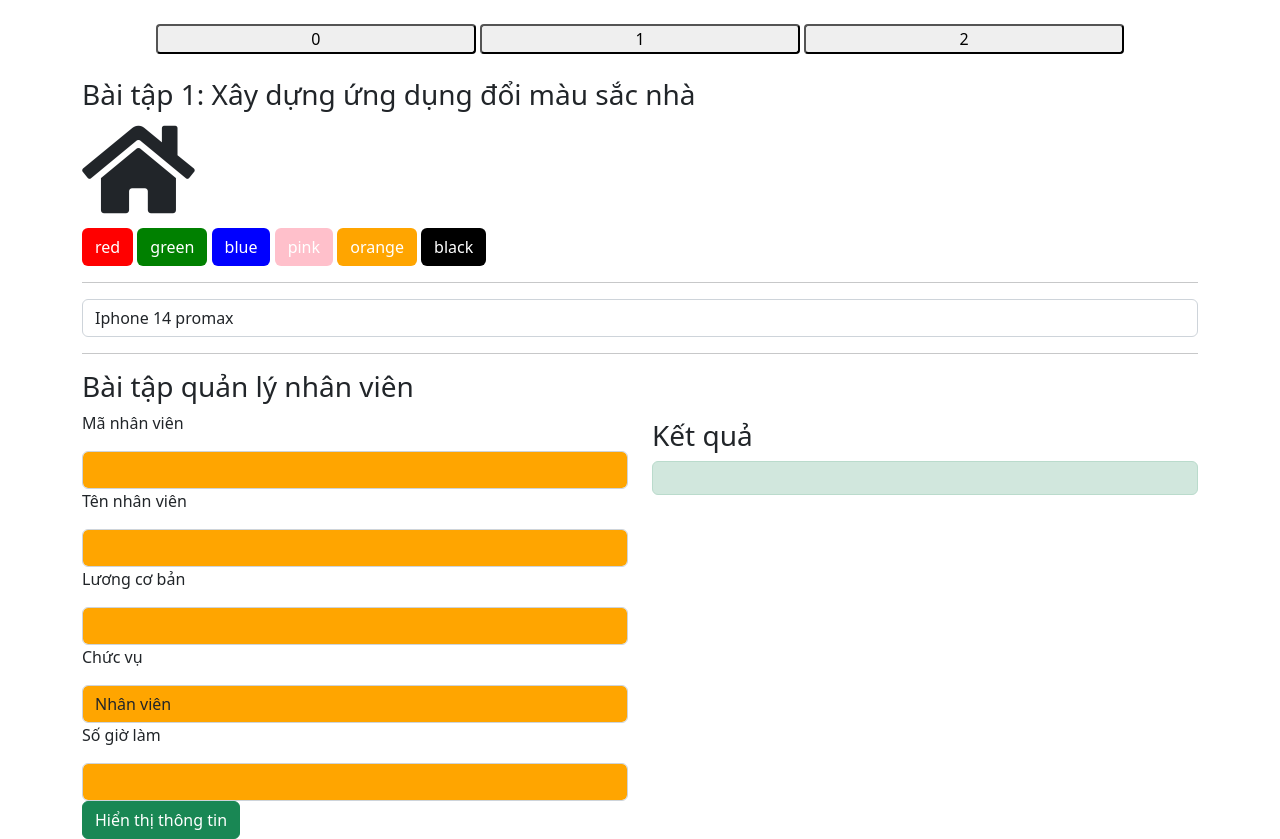
Repository: hcozyph/CyberSoft_Bai_Tap_Tren_Lop
Page: ES6/ES6_BASIC/index.html
The author's editor kept a copy of each file at every save. The page is drawn from the files as they stood at one save, then again after the next save.
The browser window is 1280 px wide. The pictures show the whole page.
Some web libraries are served in a nearby version.

Above is the page before, as saved 2023-03-22 20:50:33.

### ES6/ES6_BASIC/index.html
<!DOCTYPE html>
<html lang="en">
    <head>
        <title>ES6-BASIC</title>
        <!-- Required meta tags -->
        <meta charset="utf-8" />
        <meta
            name="viewport"
            content="width=device-width, initial-scale=1, shrink-to-fit=no"
        />

        <link
            rel="stylesheet"
            href="https://use.fontawesome.com/releases/v5.1.1/css/all.css"
            integrity="sha384-O8whS3fhG2OnA5Kas0Y9l3cfpmYjapjI0E4theH4iuMD+pLhbf6JI0jIMfYcK3yZ"
            crossorigin="anonymous"
        />
        <!-- Bootstrap CSS v5.2.1 -->
        <link
            href="https://cdn.jsdelivr.net/npm/bootstrap@5.2.1/dist/css/bootstrap.min.css"
            rel="stylesheet"
            integrity="sha384-iYQeCzEYFbKjA/T2uDLTpkwGzCiq6soy8tYaI1GyVh/UjpbCx/TYkiZhlZB6+fzT"
            crossorigin="anonymous"
        />
    </head>

    <body>
        <div class="text-center my-4">
            <button class="w-25 rounded-1">0</button>
            <button class="w-25 rounded-1">1</button>
            <button class="w-25 rounded-1">2</button>
        </div>

        <div class="container">
            <h3>Bài tập 1: Xây dựng ứng dụng đổi màu sắc nhà</h3>
            <i class="fa fa-home" id="home" style="font-size: 100px"></i>

            <div id="colors" class="mt-2">
                <button class="btn text-white" style="background-color: red">
                    Red
                </button>
            </div>
            <hr />
            <input
                type="text"
                name=""
                id="tenSP"
                value="Iphone 14 promax"
                class="form-control"
            />

            <hr />
            <h3>Bài tập quản lý nhân viên</h3>
            <form id="frmNhanVien">
                <div class="row">
                    <div class="col-md-6">
                        <div class="form-group">
                            <p>Mã nhân viên</p>
                            <input
                                type="text"
                                name=""
                                id="maNhanVien"
                                class="form-control"
                            />
                        </div>
                        <div class="form-group">
                            <p>Tên nhân viên</p>
                            <input
                                type="text"
                                name=""
                                id="tenNhanVien"
                                class="form-control"
                            />
                        </div>
                        <div class="form-group">
                            <p>Lương cơ bản</p>
                            <input
                                type="text"
                                name=""
                                id="luongCoBan"
                                class="form-control"
                            />
                        </div>
                        <div class="form-group">
                            <p>Chức vụ</p>
                            <select name="" id="chucVu" class="form-control">
                                <option value="">Nhân viên</option>
                                <option value="">Giám đốc</option>
                            </select>
                        </div>
                        <div class="form-group">
                            <p>Số giờ làm</p>
                            <input
                                type="text"
                                name=""
                                id="soGioLam"
                                class="form-control"
                            />
                        </div>
                        <div class="form-group">
                            <button
                                class="btn btn-success"
                                type="submit"
                                id="btnHienThi"
                            >
                                Hiển thị thông tin
                            </button>
                        </div>
                    </div>
                    <div class="col-md-6">
                        <h3 class="mt-2">Kết quả</h3>
                        <div
                            id="ketQuaHienThi"
                            class="alert alert-success"
                        ></div>
                    </div>
                </div>
            </form>
        </div>
        <style>
            #frmNhanVien input,
            #frmNhanVien select {
                background-color: orange;
            }
        </style>
        <!-- Bootstrap JavaScript Libraries -->
        <script
            src="https://cdn.jsdelivr.net/npm/@popperjs/core@2.11.6/dist/umd/popper.min.js"
            integrity="sha384-oBqDVmMz9ATKxIep9tiCxS/Z9fNfEXiDAYTujMAeBAsjFuCZSmKbSSUnQlmh/jp3"
            crossorigin="anonymous"
        ></script>

        <script
            src="https://cdn.jsdelivr.net/npm/bootstrap@5.2.1/dist/js/bootstrap.min.js"
            integrity="sha384-7VPbUDkoPSGFnVtYi0QogXtr74QeVeeIs99Qfg5YCF+TidwNdjvaKZX19NZ/e6oz"
            crossorigin="anonymous"
        ></script>
        <script type="module" src="./index.js"></script>
    </body>
</html>

### ES6/ES6_BASIC/index.js
/*-------  Cơ chế khai báo biến ------ */

/*
PHẠM VI BIẾN
- var: Hỗ trợ cơ chế hoisting, nên phạm vi biến là toàn cục

- let:
    > KHÔNG hỗ trợ cơ chế hoisting khi khai báo biến trùng tên với nhau trên cùng một scope thì browser báo lỗi.
    > Khi khai báo let ở các scope khác nhau thi giá trị sẽ phân biệt.

- const: Tương tự let, tuy nhiên giá trị không được phép gán lại.

=>>> Dùng let thay thế cho var thì khai báo biến trong ES6
*/

// var arrButton = document.querySelectorAll('button');

// for (var index = 0; index < arrButton.length; index++) {
//     let btn = arrButton[index];
//     btn.onclick = function () {
//         alert(btn.innerHTML);
//     }
// }

/*------- HÀM -------*/

//----------declaration function ----- <Hỗ trợ hoisting>
function tenHam() {
    console.log('ten ham');
}

//-----------express function ----- <Không hỗ trợ hoisting>
var showMessage = function () {
    console.log('showMessage');
}


/*
------------- CONTEXT (ngữ cảnh this) ----------------

OBJECT: trong object thì this sẽ là object.

FUNCTION: trong function đối tượng nào thực thi phương thức thì this sẽ là đối tượng đó. Nói cách khác this trong function là function đó.

DEFAULT: this là window.(Khi ngữ cảnh trồng chéo nhau). Nếu mở tính năng module của thẻ script thì sẽ báo lỗi

*/
let hoTen = 'nguyen van teo';
console.log('width:', window.innerWidth);
console.log('title:', window.document.title);
console.log('name:', window.hoTen);


// var sinhvien = {
//     ma: 1,
//     ten: 'Phuoc',
//     hienThiThongTin: function () {
//         function hienThi() {
//             console.log(this.ma);
//             console.log(this.ten);
//         }
//         hienThi();
//     }
// }
// sinhvien.hienThiThongTin();


function Product() {
    this.id = '';
    this.name = '';
    this.showInfo = function () {
        console.log('id', this.id);
        console.log('name', this.name);
    };
}

var prd1 = new Product();
prd1.id = 1;
prd1.name = 'Product A';
prd1.showInfo();

var prd2 = new Product();
prd2.id = 2;
prd2.name = 'Product B';
prd2.showInfo();


/*----------- ARROW FUNCTION  ------------*/

/* Arrow function là cách khai báo hàm với cú pháp '=>'
    + Khai báo hàm ngắn gọn hơn:
        + Đối với hàm chỉ có 1 tham số thì sẽ không cẩn () cho tham số. VD: (title) => {} tương đương title => {}
        + Đối với hàm chỉ có 1 lệnh return thì sẽ không cần ghi chữ return và {}. Ví dụ (a,b)=> {return a+b;} tương đương (a,b) => a+b

    + Loại bỏ được ngữ cảnh (this)
    + Không dùng cho việc khai báo Prototype và cũng không hỗ trợ hoisting => dùng cho mục đích khai báo hàm( hàm không phụ thuộc vào prototype)
*/

var showInfoProduct = () => {
    console.log('Hello hcozyph bc43');
    console.log(this);
}
// var prd = new showInfoProduct();'

var sayHello = (name) => {
    return 'hello' + name;
}

var sayHelloArrow = name => `hello ${name}`;

/* -----------BÀI TẬP ----------------- */
let arrColors = ['red', 'green', 'blue', 'pink', 'orange', 'black'];


////Cách 1: tạo ra các button bằng DOM => append lên ui
// let renderButton = () => {
//     for (let index = 0; index < arrColors.length; index++) {
//         let color = arrColors[index];
//         //Tạo button
//         let btn = document.createElement('button');
//         btn.className = 'btn';
//         btn.style.background = color;
//         btn.innerHTML = color;
//         btn.onclick = function () {
//             document.getElementById('home').style.color = color;
//         }
//         document.getElementById('colors').appendChild(btn);
//     }
// }


////Cách 2:
let renderButton = (array) => {
    let htmlString = '';
    for (var index = 0; index < array.length; index++) {
        let color = array[index];
        htmlString += `
            <button class="btn text-white" style="background-color: ${color}" onclick="changeColor('${color}')">${color}</button>
        `
    }
    console.log(htmlString);
    document.querySelector('#colors').innerHTML = htmlString;
}
renderButton(arrColors);


/* !!!! CHÚ Ý: nếu dòng 147 dùng "let changeColor = (color) {}" thì sẽ bị lỗi vì let k hỗ trợ hoisting => phải dùng window.changeColor  */
window.changeColor = (color) => {
    // console.log(color);
    document.querySelector('#home').style.color = color;
}

///------------DEFAULT PARAMETER VALUES------
var getUserInfo = (name = 'Mị', age = 18) => {
    if (age > 0 && age < 30) {
        console.log(`${name} còn trẻ ${name} muốn đi chơi !`)
    }
}
getUserInfo('Nam', 19);


///----------- REST PARAMETER --------------
function tinhTong(...arrSo) {
    switch (arrSo.length) {
        case 2: {
            console.log('Tổng =', arrSo[0] + arrSo[1]);
        }; break;
        case 3: {
            console.log('Tổng =', arrSo[0] + arrSo[1] + arrSo[2]);
        }; break;
        default: {
            console.log('Tham số không hợp lệ');
        }
    }
}
tinhTong(2, 3);
tinhTong(2, 3, 5);
tinhTong(2, 3, 5, 4);



////------SPREAD OPERATOR ----- dùng để sao chép giá trị của OBJECT hoặc ARRAY

let number1 = 5;
let number2 = number1;
number2 = 10;

console.log('number1', number1)
console.log('number2', number2)


let arr1 = [1, 2, 3, 4, 5];
let arr2 = [...arr1, 6];
console.log('arr1', arr1);
console.log('arr2', arr2);


////-----DESTRUCTURING------------ dùng để bóc tách phần tử trong mảng hoặc object
let prod10 = {
    id: 5,
    name: 'Iphone',
    price: 1000,
    showInfo: function () {
        console.log('showInfo');
        console.log('giá tiền', this.price)
    }
}

//es5
//let id = prod10.id

//es6
let { id: maSO, name, showInfo, ...restProd } = prod10;
showInfo.bind(prod10)(); //---> cho biết showInfo là cái gì
console.log(maSO);

function main() {
    return function () {
        console.log('abc');
    }
}
//main() //1
//main() //1
//main()()


////- DESTRUCTURING FOR ARRAY

let [idProd, nameProd, priceProd, showInfoProd] = [5, 'iphone', 1000,
    function () {
        console.log('Gía tiền', thongTinSP[2]);
    }]

console.log('Tên SP', nameProd);



////- TEMPLATE STRING ``


////- OBJECT LITERAL: sử dụng tên biến làm tên thuộc tính ---

let tenLopHoc = 'CyberSoft BC43';
let maLop = 'BC43';

let lopHoc = {
    maLop,
    tenLopHoc
}

console.log('lopHoc', lopHoc);


let hocSinh = {
    ['mã học viên']: 'BCSV001',
}

console.log(hocSinh['mã học viên']);


var tagInput = document.getElementById('tenSP')
let sanPham = {
    [tagInput.id]: tagInput.ariaValueMax,
}
console.log(sanPham);

/*
    FOR IN: thường dùng để duyệt key của object

    FOR OF: thường dùng để duyệt các phần tử của mảng
*/
let arrProduct = [
    { id: 1, name: 'Galaxy note 8', price: 1000 },
    { id: 2, name: 'Galaxy note 9', price: 1000 },
    { id: 3, name: 'Galaxy note 10', price: 1000 },
]
//console.log tất cả sản phẩm trong mảng arrProduct
for (let phone of arrProduct) {
    console.log(phone);
}

for (let index in arrProduct) {
    console.log('index', index);
    console.log('object', arrProduct[index]);
}

/*
    let object = {
        key : value
    }
    let arr = {
        index : value
    }
*/

let productPhone = { id: 3, name: 'iphone 13', price: 5000 }

for (let key in productPhone) {
    console.log(key, productPhone[key]);
}

function getEle(n) {
    return document.getElementById(n);
};
function querySelector(n) {
    return document.querySelector(n);
}


// let nhanVien = [];

// getEle('btnHienThi').onclick = function () {

//     let nhanVien['ma']: getEle('maNhanVien').value;
//     let tenNhanVien = getEle('tenNhanVien').value;
//     let luongCoBan = getEle('luongCoBan').value;
//     let soGioLam = getEle('soGioLam').value;

//     // let htmlString = '';
//     getEle('ketQuaHienThi').innerHTML = `
//     -  Mã Nhân viên: ${maNhanVien}
//     -  Tên Nhân viên: ${tenNhanVien}
//     -  Lương cơ bản: ${luongCoBan}
//     -  Số giờ làm: ${soGioLam}
//     `
// }
document.querySelector('#frmNhanVien').onsubmit = function (event) {
    event.preventDefault(); //chặn reload browser

    let arrInput = document.querySelectorAll(' #frmNhanVien input, #frmNhanVien select');
    let nhanVien = {};
    // nhanVien.id = 1;
    // nhanVien['id']= 1;
    for (let input of arrInput) {
        //input.id,input.name,input.style,input.onchange,.....
        let { id, value, style } = input;
        // let id = input.id; //maNhanVien
        // let value = input.value;
        style.backgroundColor = 'blue';
        nhanVien[id] = value;
    }
    console.log('nhanVien', nhanVien)
}

After the next save:
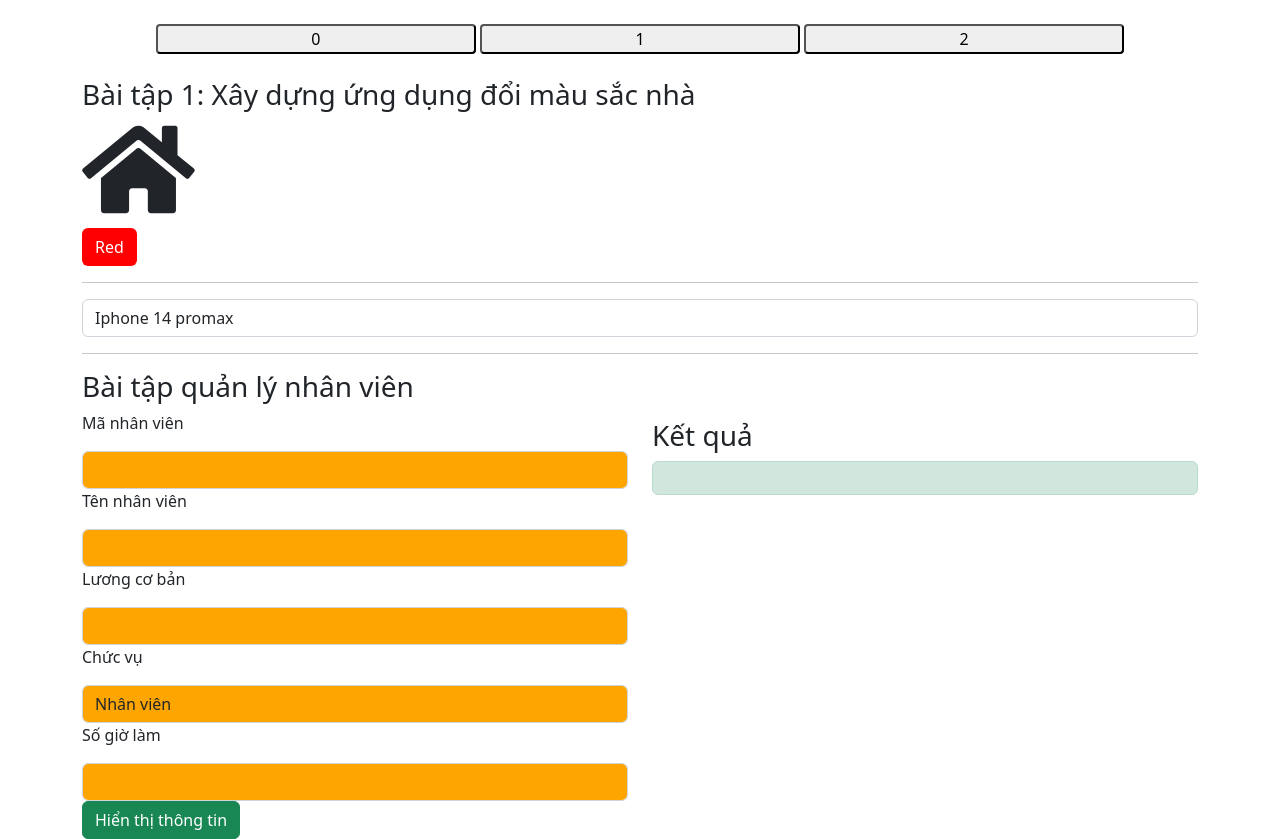
Console error: SyntaxError: Unexpected end of input
Saved 5 min 13 s later.
--- a/ES6/ES6_BASIC/index.js
+++ b/ES6/ES6_BASIC/index.js
@@ -339,5 +339,13 @@
         style.backgroundColor = 'blue';
         nhanVien[id] = value;
     }
-    console.log('nhanVien', nhanVien)
-}
+    console.log('nhanVien', nhanVien);
+    //nhanVien = {maNhanVien:1,tenNhanVien:'Phước',...}
+
+    let contentHTML = '';
+    for (let key in nhanVien) {
+        contentHTML += `
+            <p>${key}: ${nhanVien[key]}</p>
+        `
+    }
+    document.querySelector('#ketQuaHienThi').innerHTML = contentHTML;

After the save that followed:
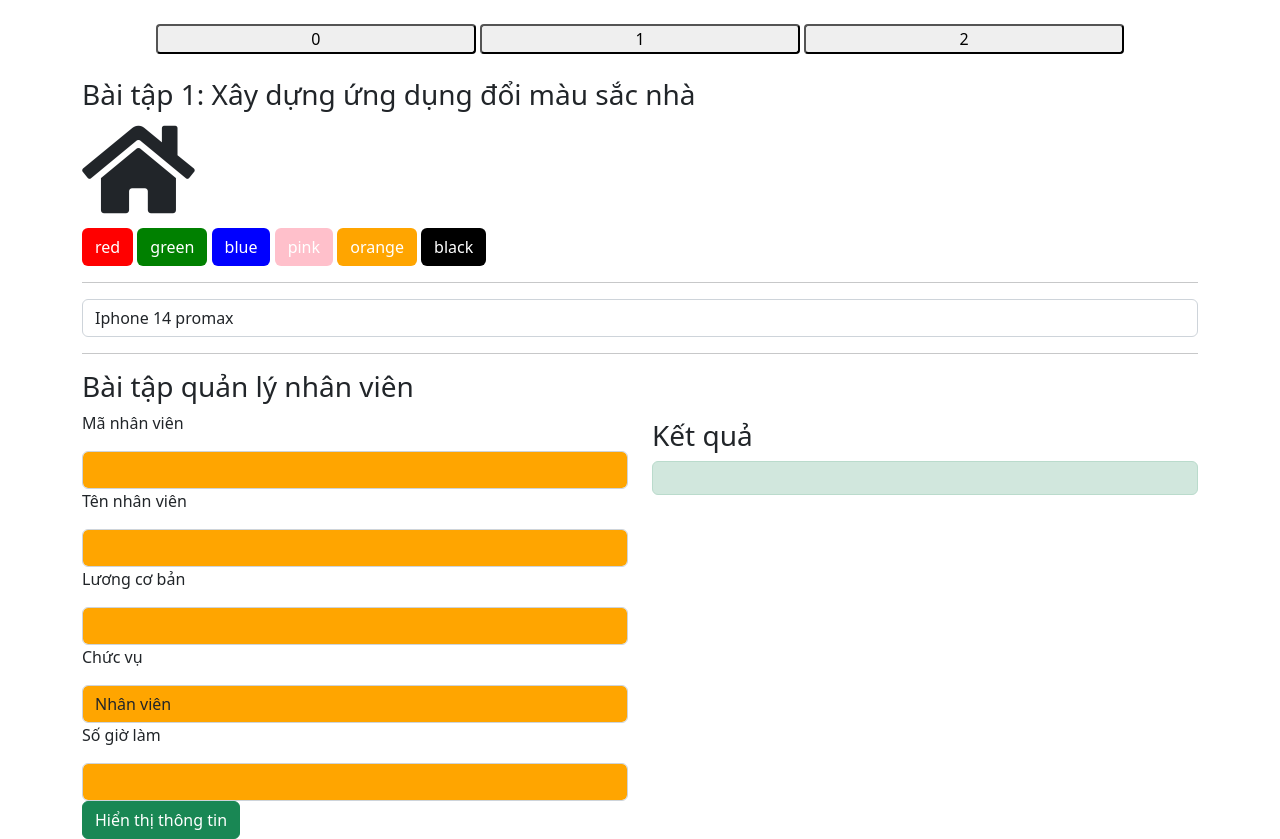
The error is gone.
Saved 10 s later.
--- a/ES6/ES6_BASIC/index.js
+++ b/ES6/ES6_BASIC/index.js
@@ -349,3 +349,4 @@
         `
     }
     document.querySelector('#ketQuaHienThi').innerHTML = contentHTML;
+}
